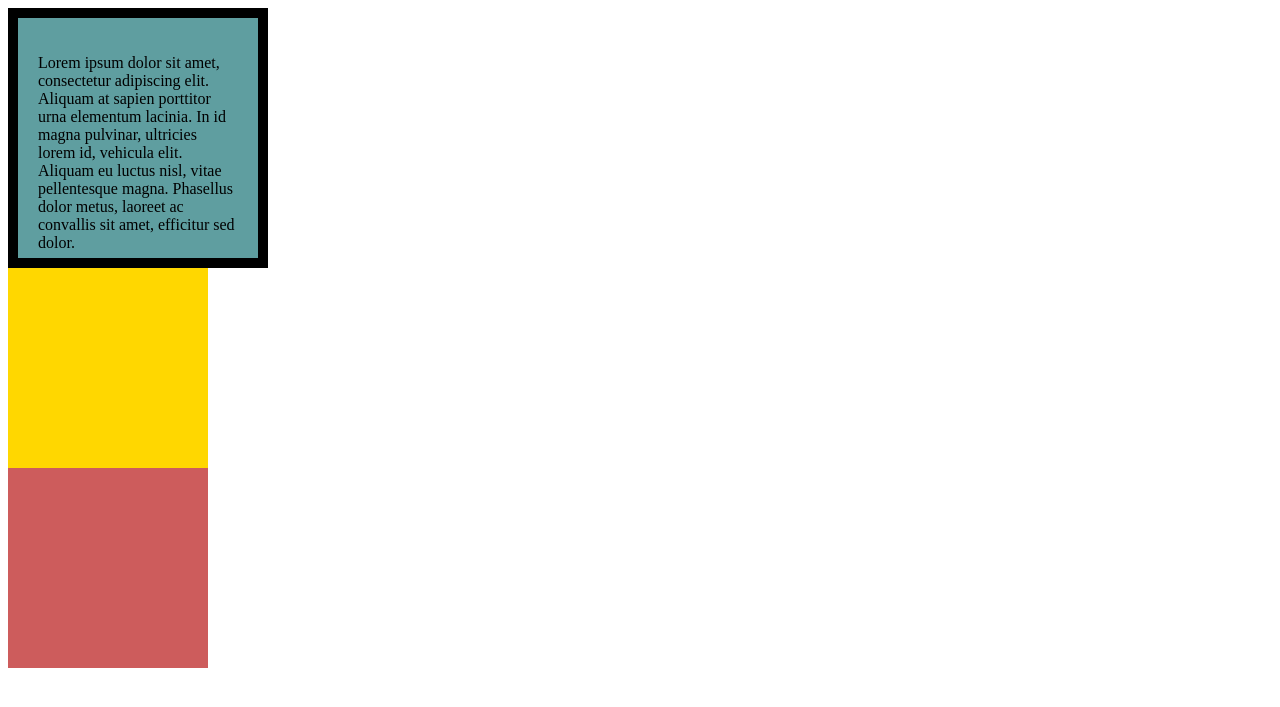
Repository: arzeee/Web_Course
Page: 6.3+CSS+Box+Model/6.3 CSS Box Model/index.html
These files come from the project's save history. The page is drawn as it stood at one moment and after the next save; the edit follows.
The browser window is 1280 px wide. The pictures show the whole page.

Above is the page before, as saved 2025-07-04 18:25:26.

After the next save:
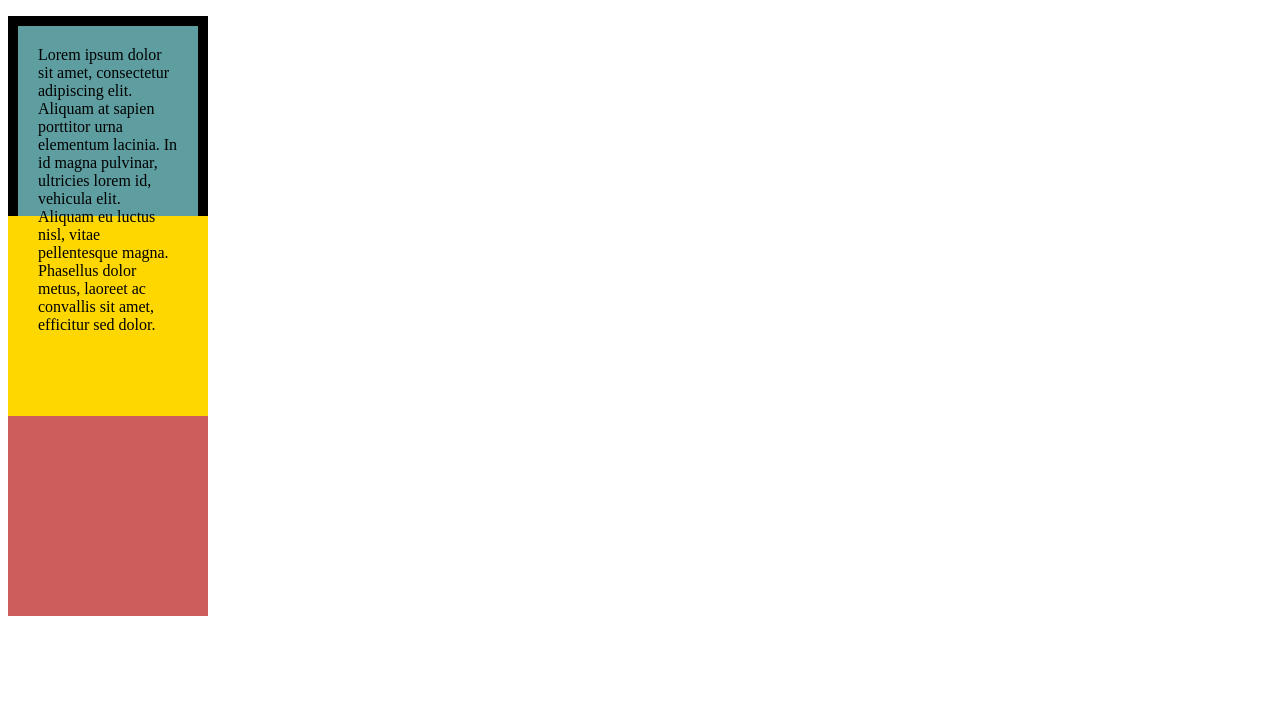
Saved 16 s later.
--- a/6.3+CSS+Box+Model/6.3 CSS Box Model/index.html
+++ b/6.3+CSS+Box+Model/6.3 CSS Box Model/index.html
@@ -12,7 +12,7 @@
       width: 200px;
     }
 
-    .box1 {
+    .box1 p{
       padding: 20px;
       border: 10px solid black;
       background-color: cadetblue;
